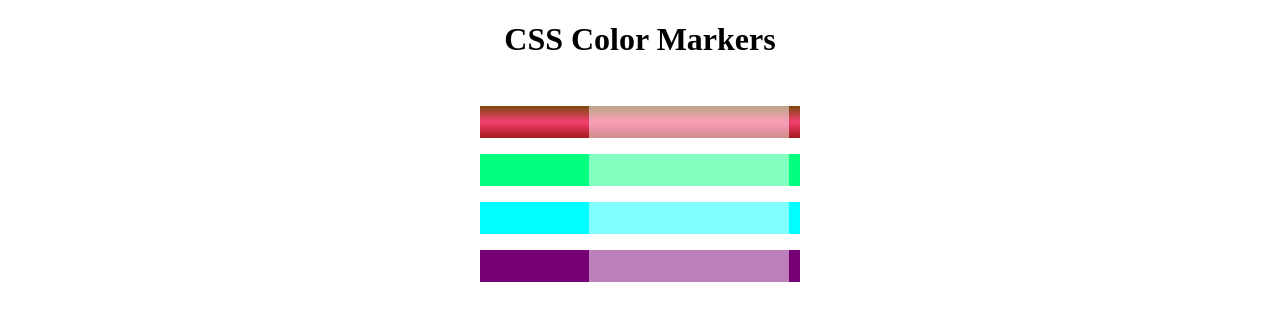
Repository: Lungdjos/color_markers
Page: index.html
An editor plug-in stored every save of this project. The page is shown before and after a run of saves, followed by the edit.
The browser window is 1280 px wide. The pictures show the whole page.

Above is the page before, as saved 2023-09-18 18:49:07.

### index.html
<!DOCTYPE html>
<html lang="en">

<head>
    <meta charset="UTF-8">
    <meta name="viewport" content="width=device-width, initial-scale=1.0">
    <title>Colored Markers</title>
    <link rel="stylesheet" href="styles.css">
</head>

<body>
    <h1>CSS Color Markers</h1>
    <div class="container">
        <div class="marker orange">
            <div class="cap"></div>
            <div class="sleeve"></div>
        </div>
        <div class="marker green">
            <div class="cap"></div>
            <div class="sleeve"></div>
        </div>
        <div class="marker cyan">
            <div class="cap"></div>
            <div class="sleeve"></div>
        </div>
        <div class="marker purple">
            <div class="cap"></div>
            <div class="sleeve"></div>
        </div>
    </div>
</body>

</html>

### styles.css
/* STYLING */

h1 {
    text-align: center;
}

.marker {
    /* background-color: red; */
    width: 320px;
    height: 32px;
    margin: 16px auto;
}

.orange {
    background: linear-gradient(rgb(122, 74, 14), rgb(245, 62, 113), rgb(162, 27, 27));
}

.green {
    background-color: rgb(0, 255, 127);
}

.cyan {
    background-color: #00ffff;
}

.purple {
    background-color: #707;
}

.container {
    background-color: hsl(255, 100%, 100%);
    margin: auto;
    padding: 10px 0px;
}

.sleeve {
    width: 200px;
    height: 32px;
    background-color: rgba(255, 255, 255, 0.5);
    border-left-width: 40px;
    /* border-left-style: solid; */
}

.cap {
    width: 105px;
    height: 32px;
}

.cap,
.sleeve {
    display: inline-block;
}

After the next 2 saves:
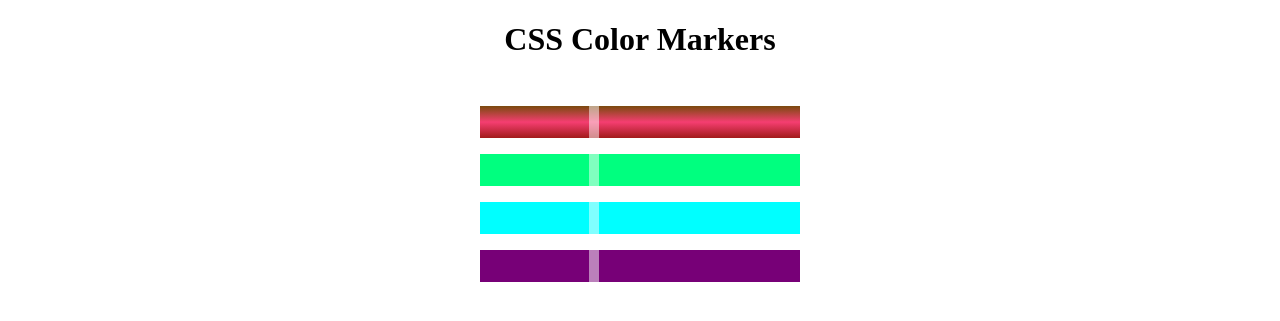
The 2 saves are shown as one change because they came seconds apart.
The last was saved 13 s later.
--- a/styles.css
+++ b/styles.css
@@ -34,7 +34,7 @@ h1 {
 }
 
 .sleeve {
-    width: 200px;
+    width: 10px;
     height: 32px;
     background-color: rgba(255, 255, 255, 0.5);
     border-left-width: 40px;
